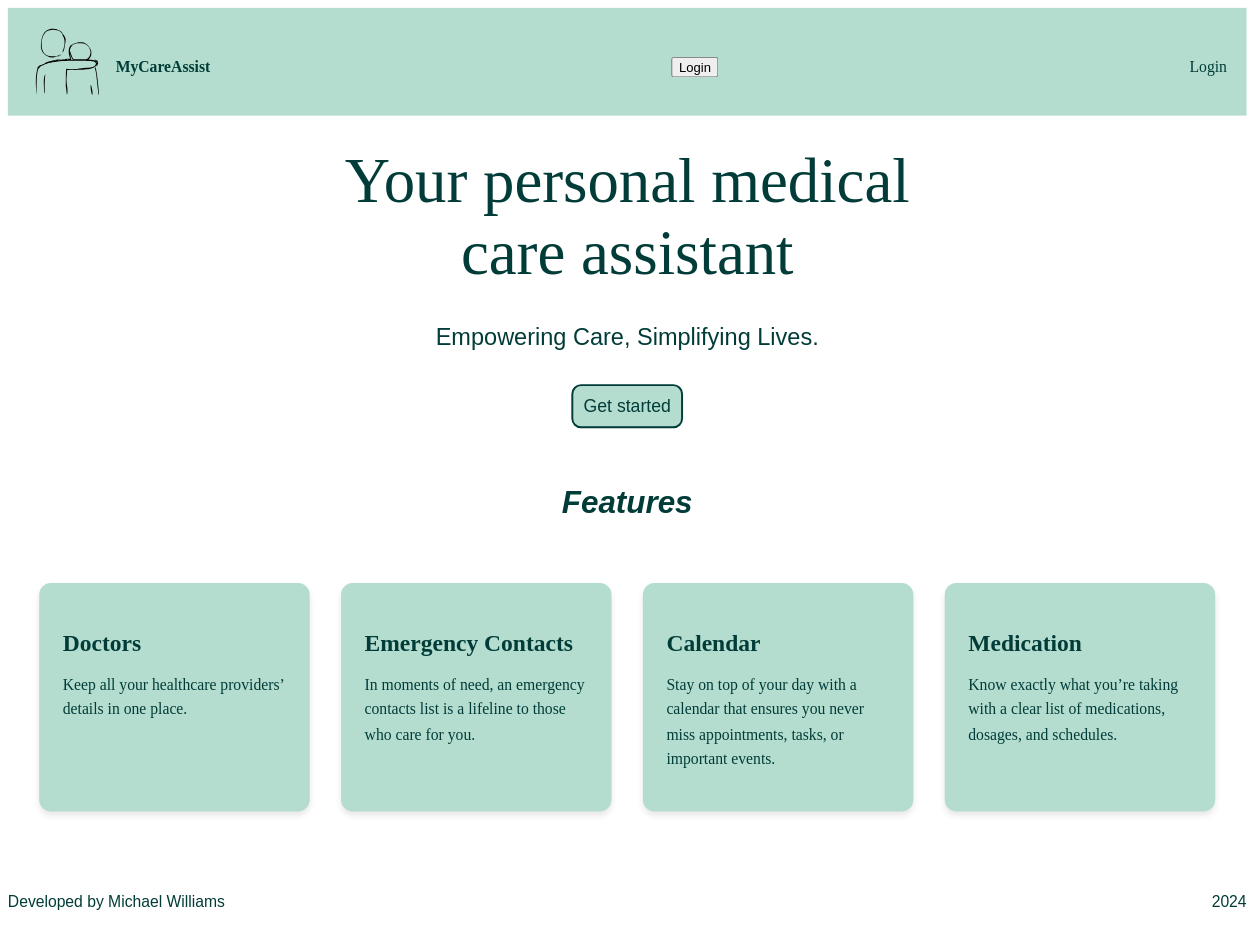
Repository: MWilliams-26/MyCareAssist-frontend
Page: /
These files come from the project's save history. The page is drawn as it stood at one moment and after the next save; the edit follows.
The browser window is 1280 px wide. The pictures show the whole page, at 98% of full size.
The project was rebuilt for these pictures with package versions that can differ from the ones it lists, and the page was loaded fresh each time. Also part of the build but not shown: vite.config.js, src/components/App/App.css, src/components/ProtectedRoute/ProtectedRoute.jsx, src/hooks/useForm.js, src/components/SetupProfileModal/SetupProfileModal.jsx, src/components/DoctorsModal/DoctorsModal.jsx, src/components/EmergencyContactsModal/EmergencyContacts.jsx, src/components/CreateEventFormModal/CreateEventFormModal.css and 5 more.

Above is the page before, as saved 2024-12-09 00:56:32.

After the next save:
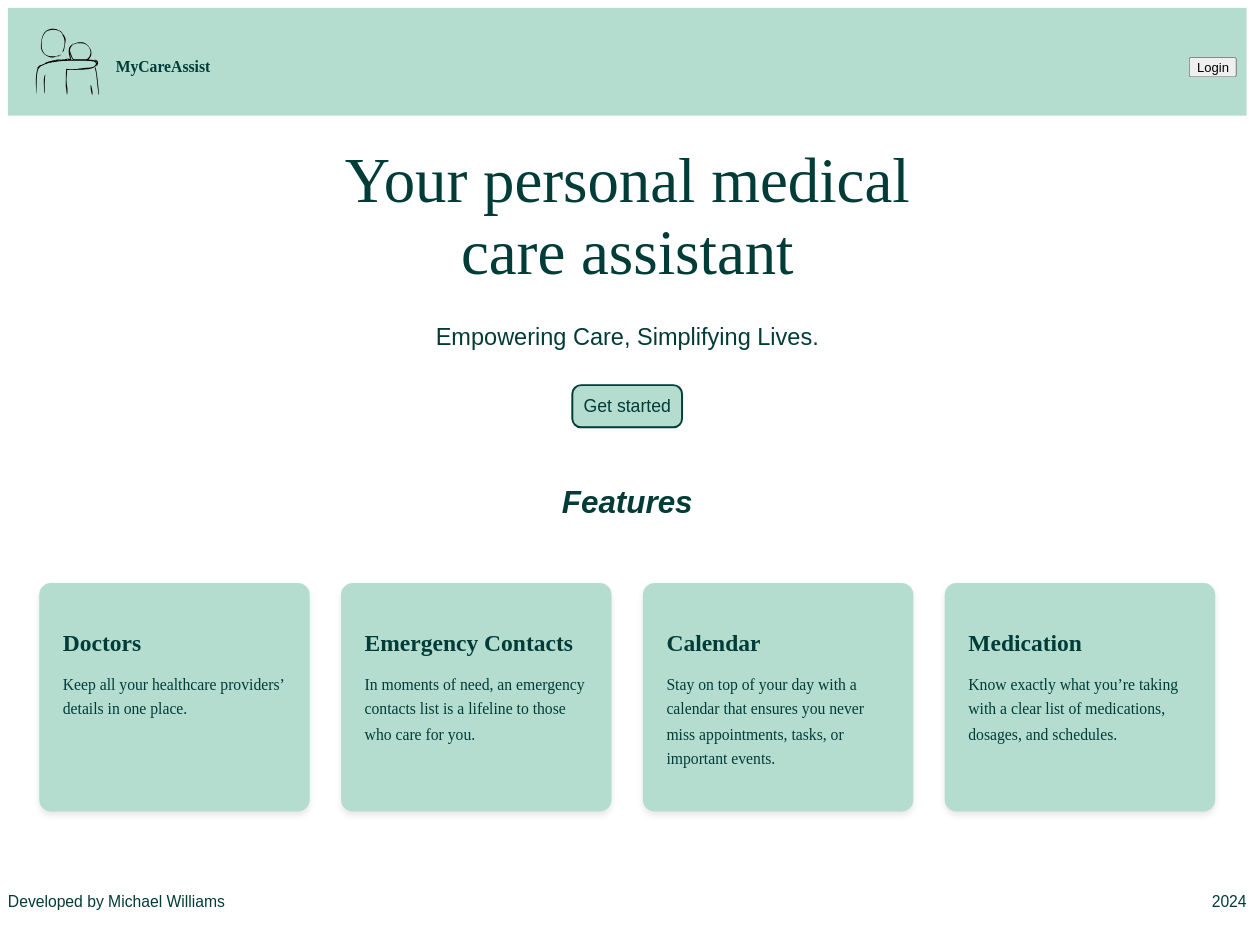
Saved 7 s later.
--- a/src/components/Header/Header.jsx
+++ b/src/components/Header/Header.jsx
@@ -32,11 +32,11 @@ function Header({ handleLoginClick, isLoggedIn, handleLogout }) {
       )}
 
 
-      <div className="header__auth-container">
+      {/* <div className="header__auth-container">
         <button className="header__login-btn" onClick={handleLoginClick}>
           {isLoggedIn ? "Logout" : "Login"}
         </button>
-      </div>
+      </div> */}
     </header>
   );
 };
